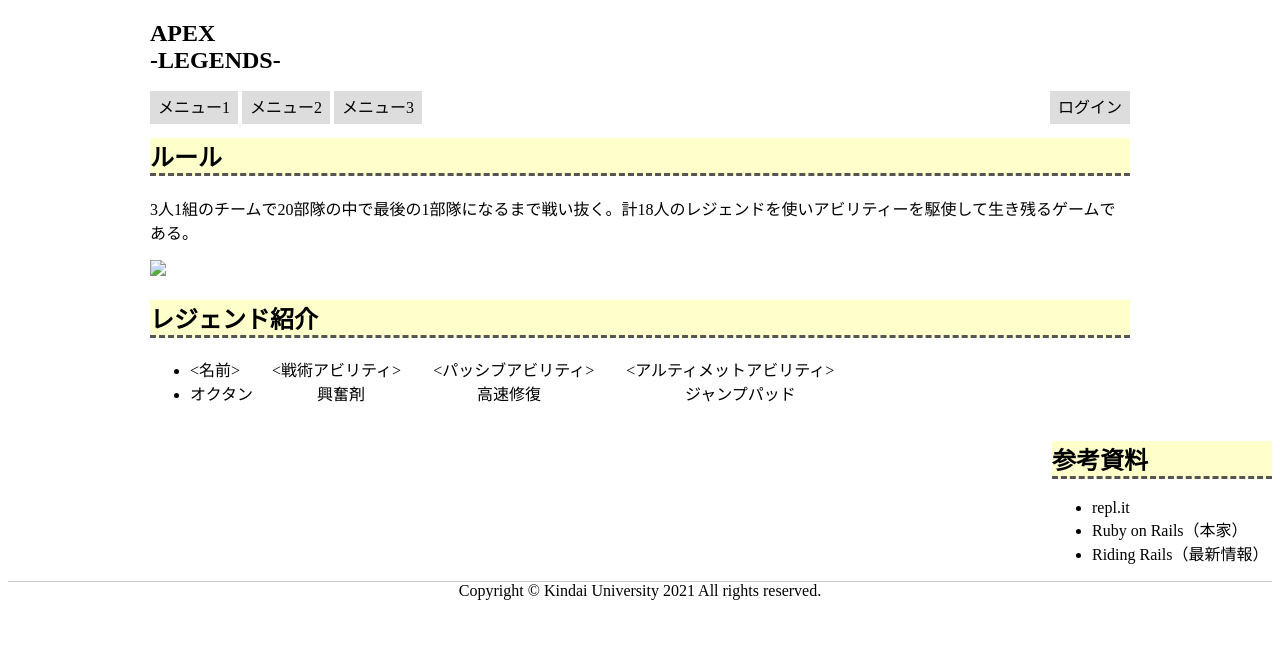
Repository: 1911140024m/SWEXE-L3
Page: L2.1/index.html
The author's editor kept a record of every edit. The page is drawn from the files as they stood at one moment, then again after the next edit.
The browser window is 1280 px wide. The pictures show the whole page.

Above is the page before.
Not found: L2.1/img/a.png

After the next edit:
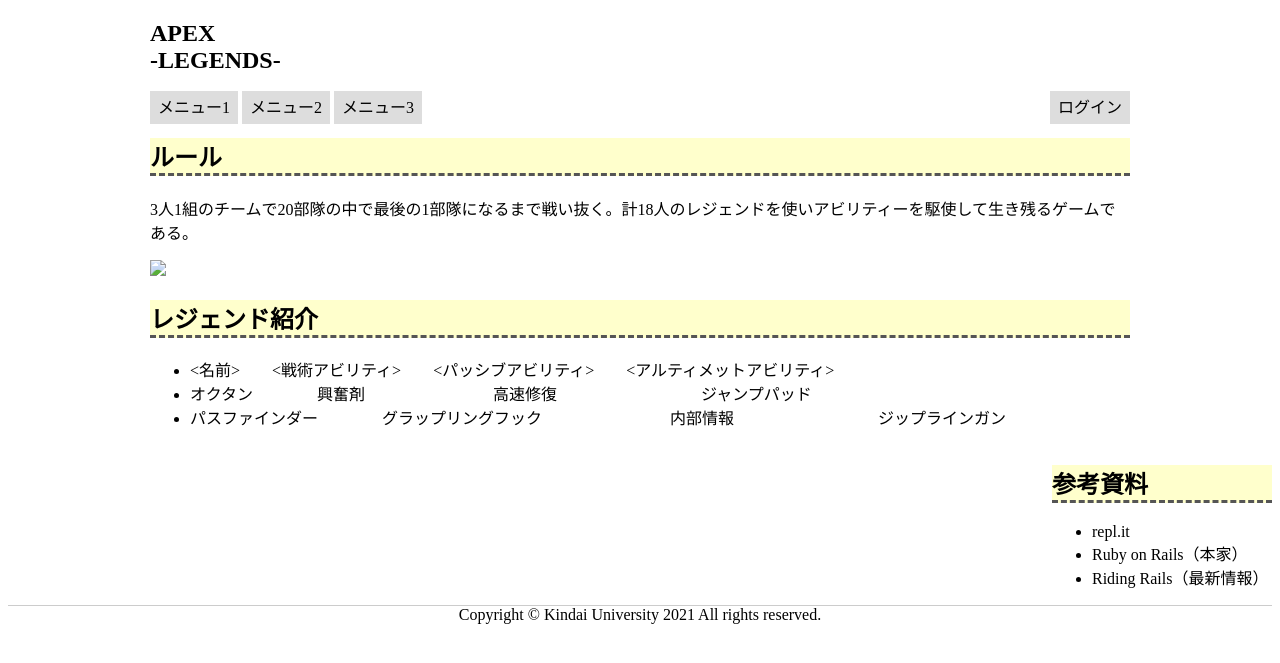
The edit:
--- a/L2.1/index.html
+++ b/L2.1/index.html
@@ -30,8 +30,9 @@
 <img src="img/a.png" class="img-right">
 <h2>レジェンド紹介</h2>
 <ul>
-    <li><名前>　　<戦術アビリティ>　　<パッシブアビリティ>　　<アルティメットアビリティ></li>
-   <li>オクタン　　　　興奮剤　　　　　　　高速修復　　　　　　　　　ジャンプパッド</li>
+   <li><名前>　　<戦術アビリティ>　　<パッシブアビリティ>　　<アルティメットアビリティ></li>
+   <li>オクタン　　　　興奮剤　　　　　　　　高速修復　　　　　　　　　ジャンプパッド</li>
+   <li>パスファインダー　　　　グラップリングフック　　　　　　　　内部情報　　　　　　　　　ジップラインガン</li>
 
 
 
